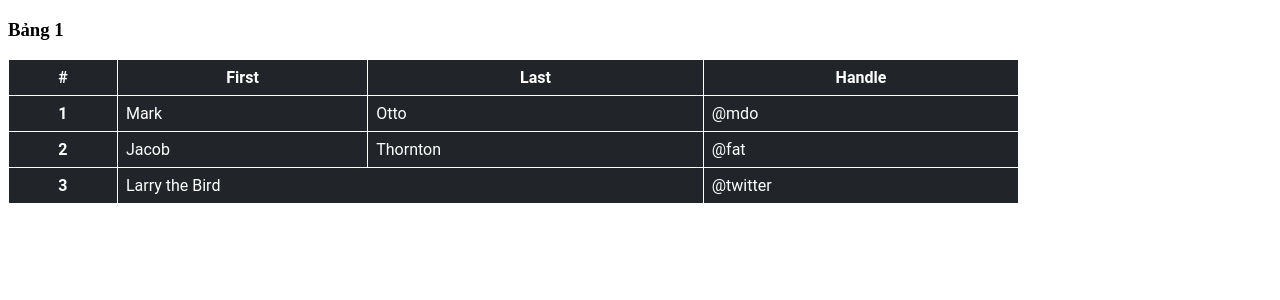
Repository: ThuatDev/BTVN_FE_JUNE
Page: index.html
These files come from the project's save history. The page is drawn as it stood at one moment and after the next save; the edit follows.
The browser window is 1280 px wide. The pictures show the whole page.

Above is the page before, as saved 2023-08-02 15:21:07.

After the next save:
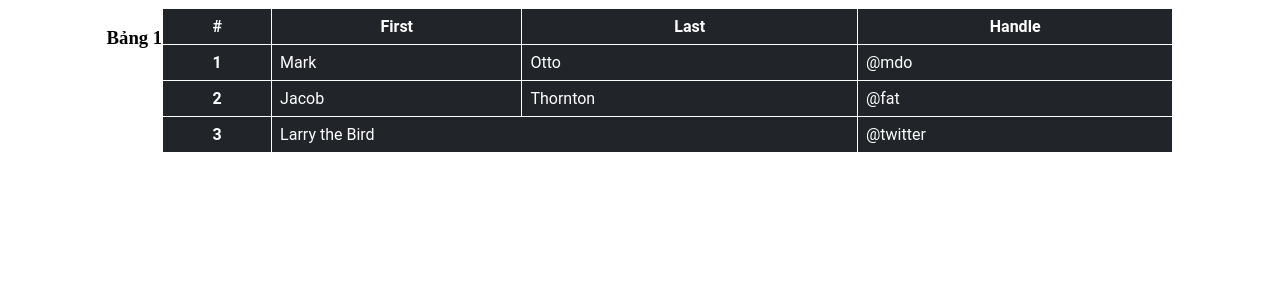
Saved 23 s later.
--- a/index.html
+++ b/index.html
@@ -69,35 +69,37 @@
     </style>
   </head>
   <body>
-    <h3>Bảng 1</h3>
-    <table class="table text-white table-bordered bg-dark">
-      <thead>
-        <tr>
-          <th scope="col">#</th>
-          <th scope="col">First</th>
-          <th scope="col">Last</th>
-          <th scope="col">Handle</th>
-        </tr>
-      </thead>
-      <tbody>
-        <tr>
-          <th scope="row">1</th>
-          <td>Mark</td>
-          <td>Otto</td>
-          <td>@mdo</td>
-        </tr>
-        <tr>
-          <th scope="row">2</th>
-          <td>Jacob</td>
-          <td>Thornton</td>
-          <td>@fat</td>
-        </tr>
-        <tr>
-          <th scope="row">3</th>
-          <td colspan="2">Larry the Bird</td>
-          <td>@twitter</td>
-        </tr>
-      </tbody>
-    </table>
+    <div class="table-container">
+      <h3>Bảng 1</h3>
+      <table class="table text-white table-bordered bg-dark">
+        <thead>
+          <tr>
+            <th scope="col">#</th>
+            <th scope="col">First</th>
+            <th scope="col">Last</th>
+            <th scope="col">Handle</th>
+          </tr>
+        </thead>
+        <tbody>
+          <tr>
+            <th scope="row">1</th>
+            <td>Mark</td>
+            <td>Otto</td>
+            <td>@mdo</td>
+          </tr>
+          <tr>
+            <th scope="row">2</th>
+            <td>Jacob</td>
+            <td>Thornton</td>
+            <td>@fat</td>
+          </tr>
+          <tr>
+            <th scope="row">3</th>
+            <td colspan="2">Larry the Bird</td>
+            <td>@twitter</td>
+          </tr>
+        </tbody>
+      </table>
+    </div>
   </body>
 </html>
